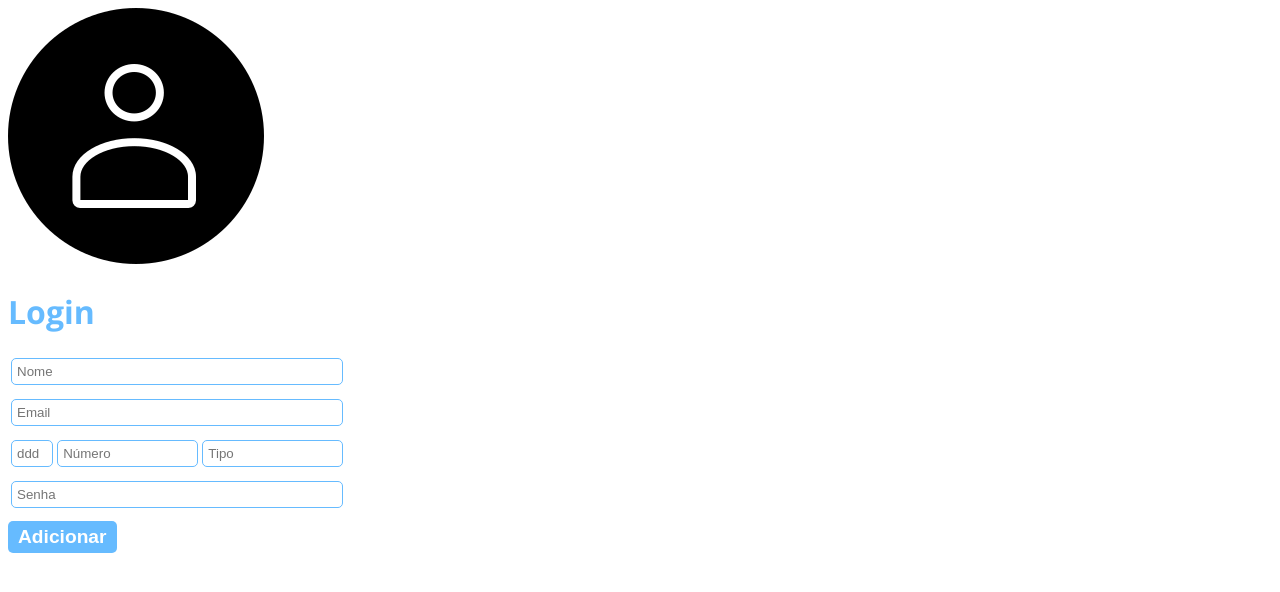
Repository: AbnerRS/DesafioSefaz
Page: DesafioSefaz/src/main/webapp/index.html
An editor plug-in stored every save of this project. The page is shown before and after the next save, followed by the edit.
The browser window is 1280 px wide. The pictures show the whole page.

Above is the page before, as saved 2021-07-31 21:23:21.

### DesafioSefaz/src/main/webapp/index.html
<!DOCTYPE html>
<html lang="pt-br">
<head>
<meta charset="utf-8">
<title>Desafio Sefaz</title>
<link rel="icon" href="imagens/favicon.png">
<link rel="stylesheet" href="style.css">
</head>
<body>

	<img src="imagens/login_user.png">
	<h1>Login</h1>
	<form name="frmUsuario" action="insert">
		<table>
			<tr>
				<td><input type="text" name="nome" placeholder="Nome" class="Caixa1"></td>
			</tr>
			<tr>
				<td><input type="text" name="email" placeholder="Email" class="Caixa1"></td>
			</tr>
			<tr>
				<td><input type="tel" name="telefoneDdd" placeholder="ddd" class="Caixa2">
				<input type="text" name="telefoneNumero" placeholder="Número" class="Caixa5">
				<input type="text" name="telefoneTipo" placeholder="Tipo" class="Caixa5">
				</td>
			</tr>
			<tr>
				<td><input type="password" name="senha" placeholder="Senha" class="Caixa1"></td>
			</tr>
		</table>
		<input type="button" value="Adicionar" class="Botao" onclick="validar()">
	</form>

	<script src="scripts/validador.js"></script>
</body>
</html>

### DesafioSefaz/src/main/webapp/style.css
@charset "utf-8";

@import
	url('https://fonts.googleapis.com/css2?family=Open+Sans:wght@400;700&display=swap')
	;

body {
	font-family: 'Open Sans', sans-serif;
	font-size: 1em;
	font-weight: 400;
}

h1 {
	color: #66bbff;
}

.Botao {
	text-decoration: none;
	background-color: #66bbff;
	padding: 5px 10px 5px 10px;
	color: #fff;
	font-size: 1.2em;
	font-weight: 700;
	border-radius: 5px;
	border: 0;
	cursor: pointer;
}

.Botao2 {
	text-decoration: none;
	background-color: #d51213;
	padding: 5px 10px 5px 10px;
	color: #fff;
	font-size: 1.2em;
	font-weight: 700;
	border-radius: 5px;
}

.InputLogin {
	width: 120px;
	padding: 5px;
	margin-bottom: 10px;
	border: 1px solid #66bbff;
	border-radius: 5px;
}

.Caixa1 {
	width: 320px;
	padding: 5px;
	margin-bottom: 10px;
	border: 1px solid #66bbff;
	border-radius: 5px;
}

.Caixa2 {
	padding: 5px;
	width: 30px;
	margin-bottom: 10px;
	border: 1px solid #66bbff;
	border-radius: 5px;
	padding: 5px;
}

.Caixa5 {
	padding: 5px;
	width: 129px;
	margin-bottom: 10px;
	border: 1px solid #66bbff;
	border-radius: 5px;
	padding: 5px;
}

#caixa3 {
	padding: 5px;
	margin-bottom: 10px;
	border: 1px solid #ff0000;
}

#tabela {
	margin-bottom: 30px;
	border-collapse: collapse;
}

#tabela th {
	border: 1px solid #ddd;
	padding: 10px;
	text-align: left;
	background-color: #66bbff;
	color: #fff;
}

#tabela td {
	border: 1px solid #ddd;
	padding: 10px;
}

### DesafioSefaz/src/main/webapp/scripts/validador.js
/**
 * Validação de Formulário
 */

function validar() {
	let nome = frmUsuario.nome.value
	let email = frmUsuario.email.value
	let telefoneDdd = frmUsuario.telefoneDdd.value
	let telefoneNumero = frmUsuario.telefoneNumero.value
	let telefoneTipo = frmUsuario.telefoneTipo.value
	let senha = frmUsuario.senha.value

	if (nome === "") {
		alert('Preencha o campo Nome')
		frmUsuario.nome.focus()
		return false
	} else if (email === "") {
		alert('Preencha o campo E-mail')
		frmUsuario.email.focus()
		return false
	} else if (telefoneDdd === "") {
		alert('Preencha o campo de DDD')
		frmUsuario.telefoneDdd.focus()
		return false
	}
	else if (telefoneNumero === "") {
		alert('Preencha o campo de Número')
		frmUsuario.telefoneNumero.focus()
		return false
	} else if (telefoneTipo === "") {
		alert('Preencha o campo de Tipo de Telefone')
		frmUsuario.telefoneTipo.focus()
		return false
	} else if (senha === "") {
		alert('Preencha o campo Senha')
		frmUsuario.senha.focus()
		return false
	} else {
		document.forms["frmUsuario"].submit()
	}
}

After the next save:
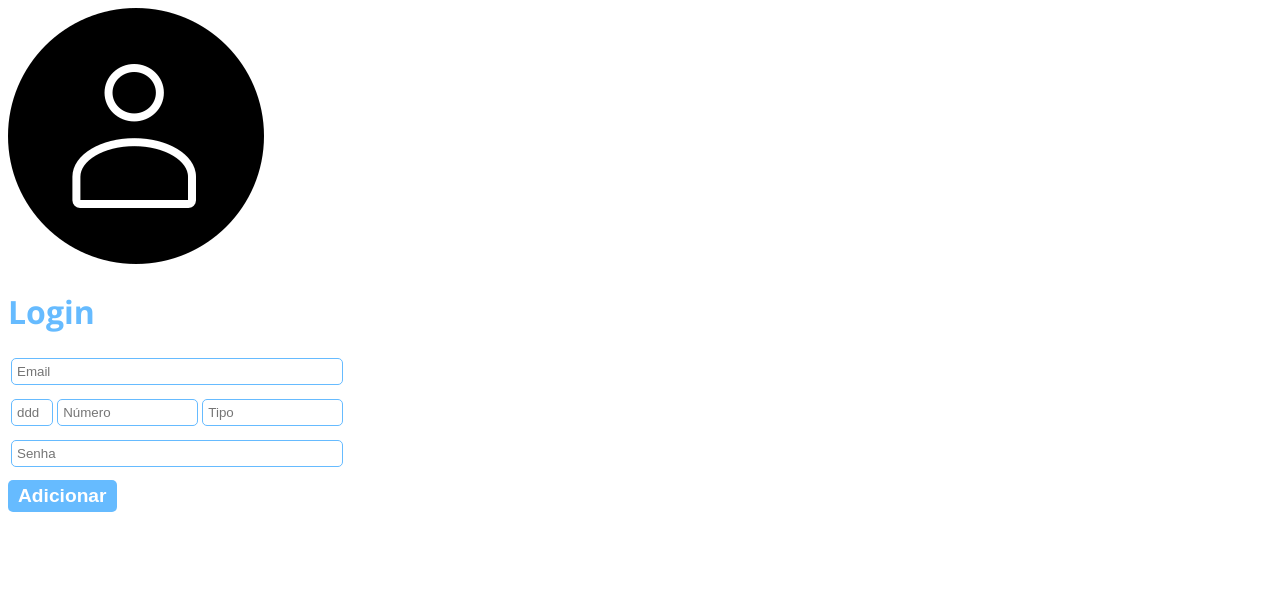
Saved 16 s later.
--- a/DesafioSefaz/src/main/webapp/index.html
+++ b/DesafioSefaz/src/main/webapp/index.html
@@ -12,9 +12,6 @@
 	<h1>Login</h1>
 	<form name="frmUsuario" action="insert">
 		<table>
-			<tr>
-				<td><input type="text" name="nome" placeholder="Nome" class="Caixa1"></td>
-			</tr>
 			<tr>
 				<td><input type="text" name="email" placeholder="Email" class="Caixa1"></td>
 			</tr>
